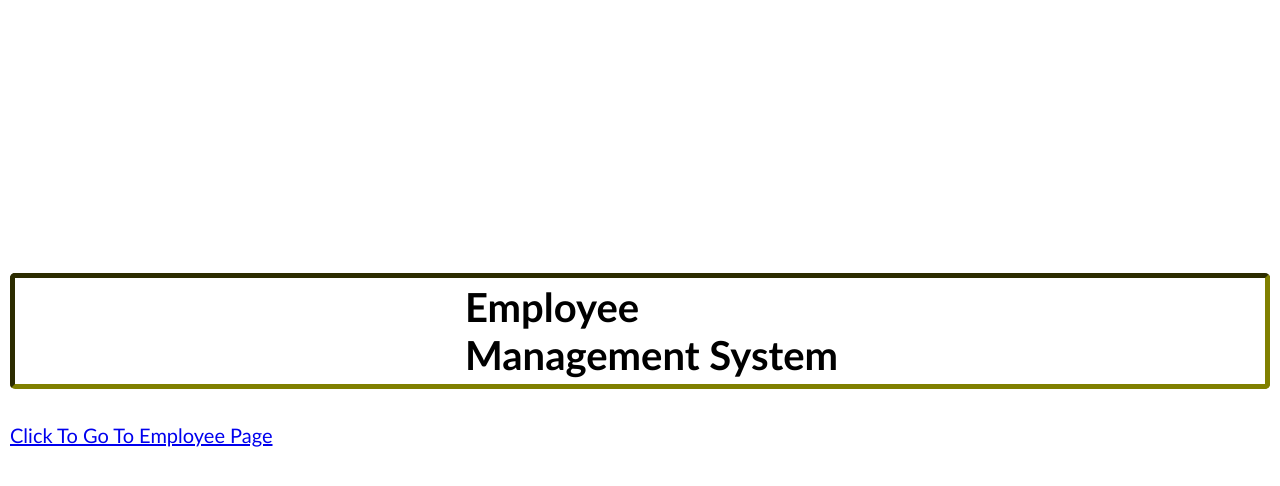
Repository: prieeyatambe/priyatambe_SpringMavenHibernate
Page: http://localhost/Project/
These files come from the project's save history. The page is drawn as it stood at one moment and after the next save; the edit follows.
The browser window is 1280 px wide. The pictures show the whole page.
The page is served by Tomcat 9.

Above is the page before, as saved 2024-03-06 07:18:16.

After the next save:
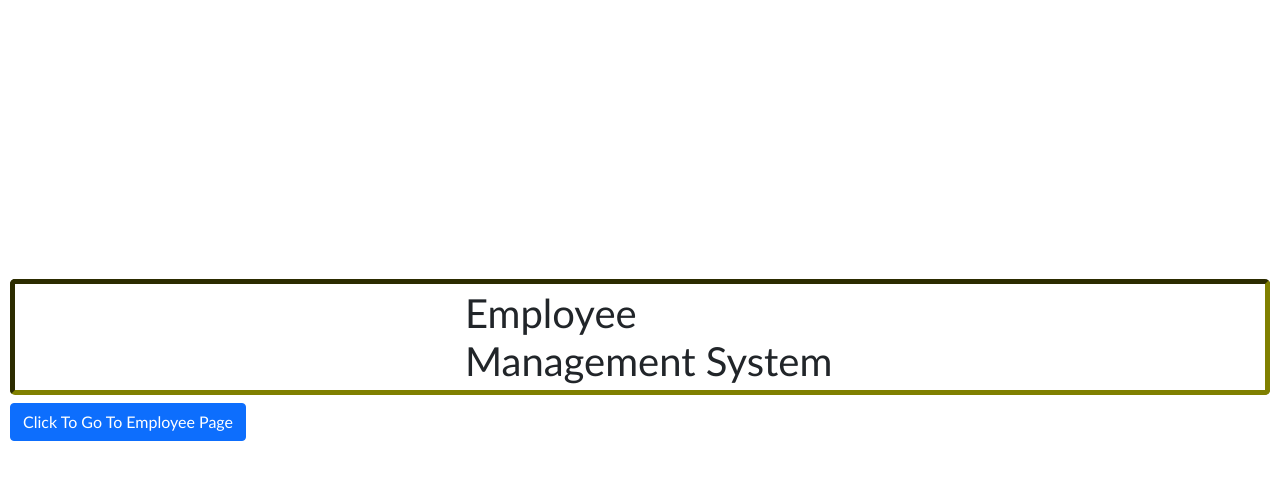
Saved 6 min 46 s later.
--- a/SpringMaven/mavenproject/Project/src/main/webapp/index.jsp
+++ b/SpringMaven/mavenproject/Project/src/main/webapp/index.jsp
@@ -1,5 +1,6 @@
 <html>
 <head>
+<link href="https://cdn.jsdelivr.net/npm/bootstrap@5.0.2/dist/css/bootstrap.min.css" rel="stylesheet">
 <style type="text/css">
 body{
 	align-content: center;
@@ -23,6 +24,6 @@ a:hover{
 </head>
 <body>
 <h2>Employee Management System</h2>
-<a href="list">Click To Go To Employee Page</a>
+<a href="list" class="btn btn-primary">Click To Go To Employee Page</a>
 </body>
 </html>
